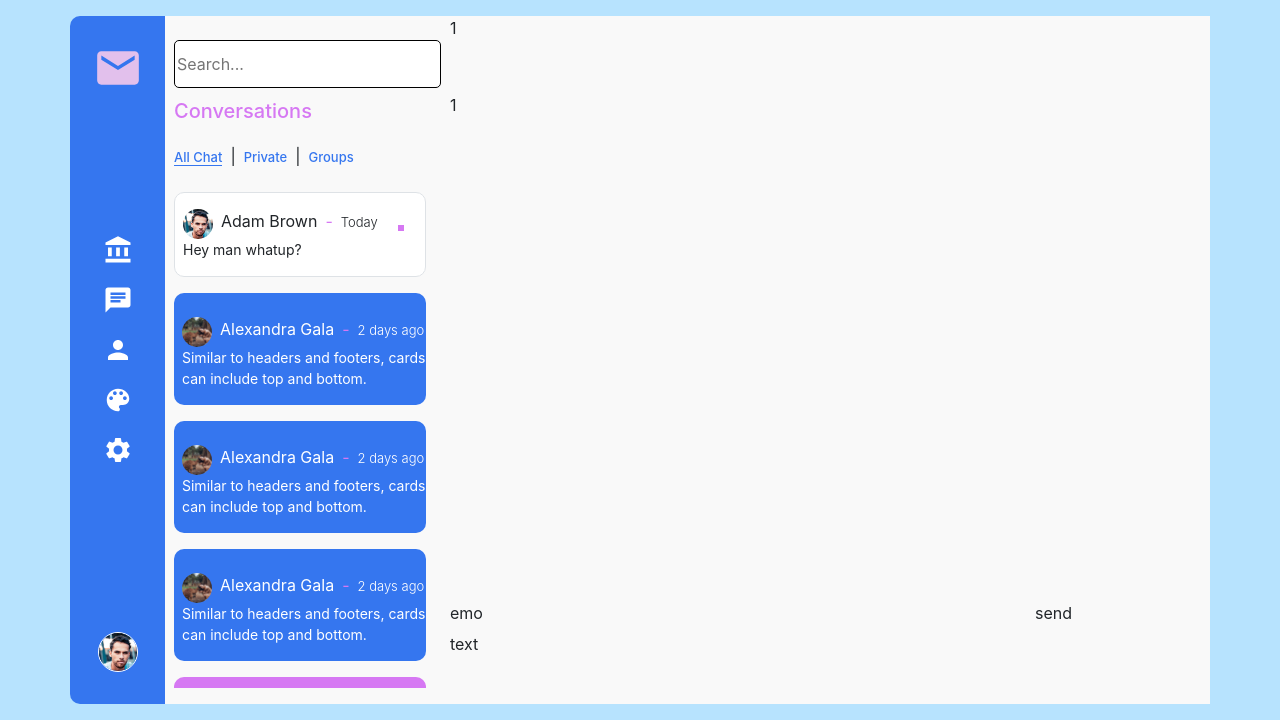
Repository: arafat877/super-chat
Page: /
The author's editor kept a copy of each file at every save. The page is drawn from the files as they stood at one save, then again after the next save.
The browser window is 1280 px wide. The pictures show the whole page.
The project was rebuilt for these pictures with package versions that can differ from the ones it lists, and the page was loaded fresh each time.

Above is the page before, as saved 2020-08-07 01:02:12.

After the next save:
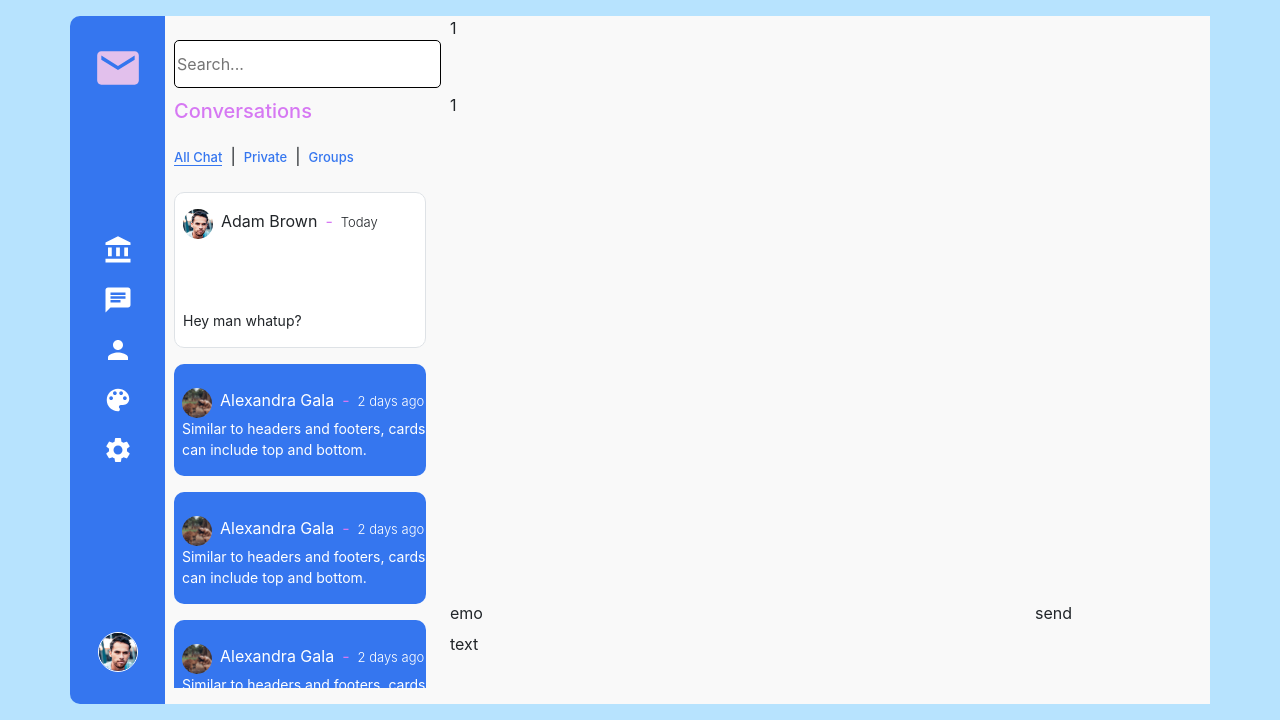
Saved 39 s later.
--- a/src/App.scss
+++ b/src/App.scss
@@ -130,11 +130,9 @@
           }
 
           .hr {
-            clear: both;
-            display: block;
-            border: solid;
-            border-color: rgb(214, 120, 243);
-            margin-bottom: 5px;
+            margin-top: 50px;
+            margin-bottom: 50px;
+            border-top: 1px solid black;
           }
 
           .text {
